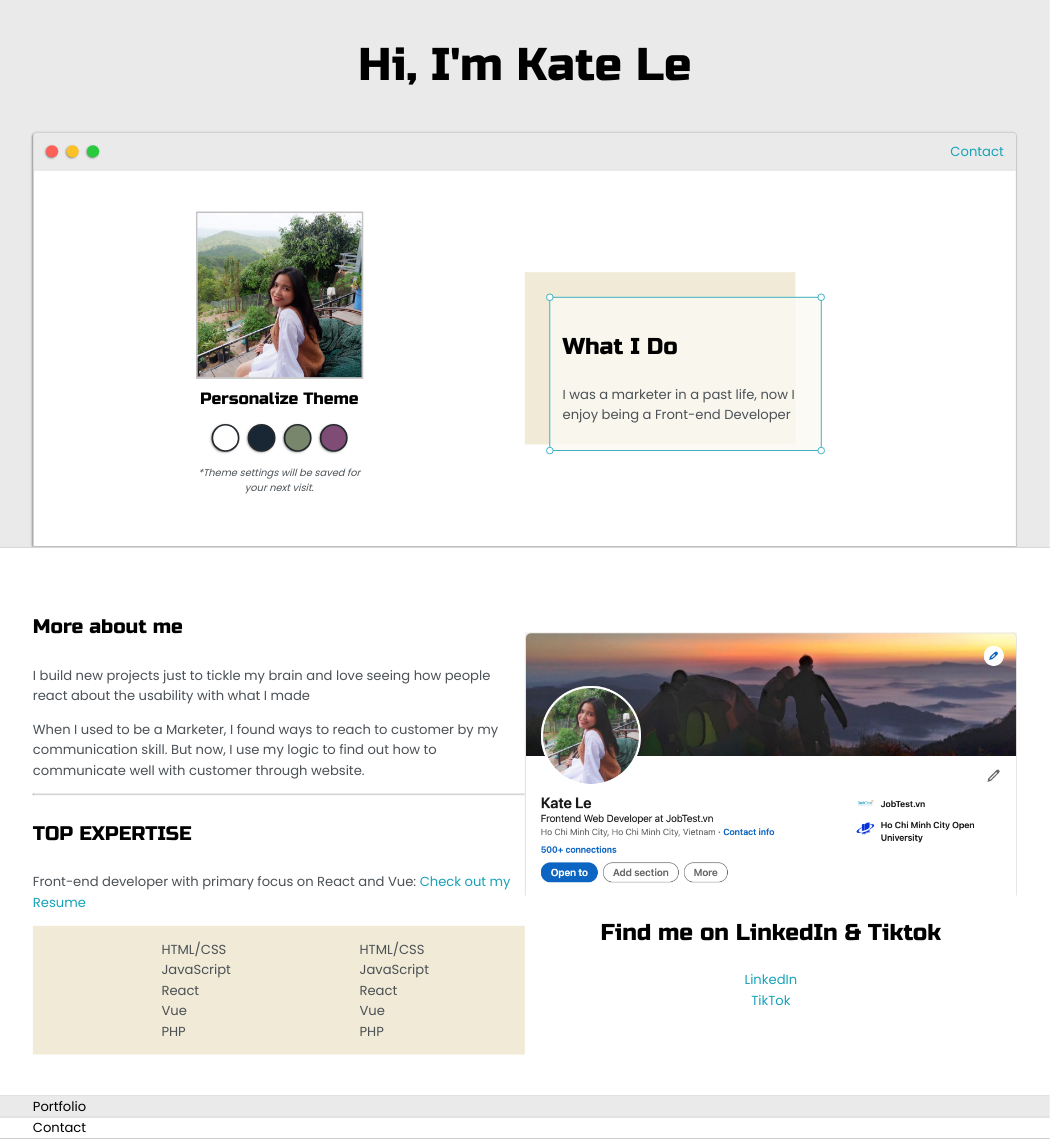
Repository: kate30980/my-persponal-website
Page: index.html
The author's editor kept a copy of each file at every save. The page is drawn from the files as they stood at one save, then again after the next save.
The browser window is 1280 px wide. The pictures show the whole page, at 82% of full size.

Above is the page before, as saved 2021-08-26 22:34:14.

### index.html
<!DOCTYPE html>
<html lang="en">

<head>
    <meta charset="UTF-8">
    <meta http-equiv="X-UA-Compatible" content="IE=edge">
    <meta name="viewport" content="width=device-width, initial-scale=1.0">
    <title>Kate Le</title>
    <link rel="preconnect" href="https://fonts.googleapis.com">
    <link rel="preconnect" href="https://fonts.gstatic.com" crossorigin>
    <link rel="preconnect" href="https://fonts.googleapis.com">
    <link rel="preconnect" href="https://fonts.gstatic.com" crossorigin>
    <link href="https://fonts.googleapis.com/css2?family=Poppins:wght@300;400;600;700&family=Russo+One&display=swap"
        rel="stylesheet">
    <link rel="stylesheet" href="main.css">
</head>

<body>

    <section class="s1">
        <div class="main-container">
            <div class="greeting-wrapper">
                <h1>Hi, I'm Kate Le</h1>
            </div>

            <div class="intro-wrapper">
                <div class="nav-wrapper">
                    <div class="dots-wrapper">
                        <div id="dot-1" class="browser-dot"></div>
                        <div id="dot-2" class="browser-dot"></div>
                        <div id="dot-3" class="browser-dot"></div>
                    </div>
                    <ul id="navigation">
                        <li>
                            <a href="#">Contact</a>
                        </li>
                    </ul>
                </div>
                <div class="left-column">
                    <img id="profile-pic" src="./images/IMG_2624.JPG" alt="img-kate">
                    <h5 style="text-align:center;line-height:0; margin: 25px">Personalize Theme</h5>

                    <div id="theme-options-wrapper">
                        <div id="light-mode" class="theme-dot"></div>
                        <div id="blue-mode" class="theme-dot"></div>
                        <div id="green-mode" class="theme-dot"></div>
                        <div id="purple-mode" class="theme-dot"></div>
                    </div>

                    <p id="settings-note">*Theme settings will be saved for <br> your next visit.</p>
                </div>
                <div class="right-column">

                    <div id="preview-shadow">
                        <div id="preview">
                            <div id="corner-tl" class="corner"></div>
                            <div id="corner-tr" class="corner"></div>
                            <h3>What I Do</h3>
                            <p>I was a marketer in a past life, now I enjoy being a Front-end Developer</p>
                            <div id="corner-br" class="corner"></div>
                            <div id="corner-bl" class="corner"></div>
                        </div>
                    </div>

                </div>
            </div>

        </div>
    </section>

    <section class="s2">
        <div class="main-container">

            <div class="about-wrapper">
                <div class="about-me">
                    <h4>More about me</h4>
                    <p>I build new projects just to tickle my brain and love seeing how people react about the usability
                        with what I made</p>
                    <p>When I used to be a Marketer, I found ways to reach to customer by my communication skill. But
                        now, I use my logic to find out how to communicate well with customer through website.</p>


                    <hr>

                    <h4>TOP EXPERTISE</h4>
                    <p>Front-end developer with primary focus on React and Vue: <a target="_blank"
                            href="CV-HAN-LE-FRONTEND-DEV.pdf">Check
                            out my Resume</a></p>

                    <div id="skills">
                        <ul>
                            <li>HTML/CSS</li>
                            <li>JavaScript</li>
                            <li>React</li>
                            <li>Vue</li>
                            <li>PHP</li>
                        </ul>
                        <ul>
                            <li>HTML/CSS</li>
                            <li>JavaScript</li>
                            <li>React</li>
                            <li>Vue</li>
                            <li>PHP</li>
                        </ul>
                    </div>

                </div>
                <div class="social-links">
                    <img id="social-img" src="./images/linkedIn-2021-08-26 at 22.24.05.png" alt="linkedIn">
                    <h3 style="text-align:center">Find me on LinkedIn & Tiktok</h3>
                    <a target="_blank" href="https://www.linkedin.com/in/kate-le-38099/">LinkedIn</a>
                    <a target="_blank" href="#">TikTok</a>
                </div>
            </div>

        </div>
    </section>

    <section class="s1">
        <div class="main-container">
            Portfolio
        </div>
    </section>

    <section class="s2">
        <div class="main-container">
            Contact
        </div>
    </section>

</body>

</html>

### main.css
:root {
  --mainText: black;
  --secondaryText: #4b5156;

  --mainColor: #eaeaea;
  --secondaryColor: #fff;

  --borderColor: #c1c1c1;
  --themeDotBorder: #24292e;

  --previewBg: rgba(251, 249, 243, 0.8);
  --previewShadow: #f0ead6;
}

html,
body {
  padding: 0;
  margin: 0;
  font-family: "Poppins", sans-serif;
}
h1,
h2,
h3,
h4,
h5,
h6,
strong {
  color: var(--mainText);
  font-family: "Russo One", sans-serif;
  font-weight: 500;
}

p,
li,
span,
label,
input,
textarea,
select {
  color: var(--secondaryText);
  font-family: "Poppins", sans-serif;
}
ul {
  list-style: none;
}

a {
  text-decoration: none;
  color: #17a2b8;
}

h1 {
  font-size: 56px;
}
h2 {
  font-size: 36px;
}
h3 {
  font-size: 28px;
}
h4 {
  font-size: 24px;
}
h5 {
  font-size: 20px;
}
h6 {
  font-size: 16px;
}

.s1 {
  background-color: var(--mainColor);
  border-bottom: 1px solid var(--borderColor);
  overflow: auto;
}
.s2 {
  background-color: var(--secondaryColor);
  border-bottom: 1px solid var(--borderColor);
  overflow: auto;
}
.main-container {
  width: 1200px;
  margin: 0 auto;
}
.greeting-wrapper {
  display: grid;
  text-align: center;
  align-content: center;
  min-height: 10em;
}

.intro-wrapper {
  background-color: var(--secondaryColor);
  border: 1px solid var(--borderColor);
  border-radius: 5px 5px 0 0;

  -webkit-box-shadow: -1px 1px 3px -1px rgba(0, 0, 0, 0.75);
  -moz-box-shadow: -1px 1px 3px -1px rgba(0, 0, 0, 0.75);
  box-shadow: -1px 1px 3px -1px rgba(0, 0, 0, 0.75);

  display: grid;
  grid-template-columns: 1fr 1fr;
  grid-template-areas:
    "nav-wrapper nav-wrapper"
    "left-column right-column";
}

#navigation {
  margin: 0;
  padding: 10px;
}
#navigation li {
  display: inline-block;
  margin-right: 5px;
  margin-left: 5px;
}

.dots-wrapper {
  display: flex;
  padding: 10px;
}

#dot-1 {
  background-color: #fc6058;
}
#dot-2 {
  background-color: #fec027;
}
#dot-3 {
  background-color: #2aca3e;
}

.browser-dot {
  background-color: black;
  height: 15px;
  width: 15px;
  border-radius: 50%;
  margin: 5px;

  -webkit-box-shadow: -1px 1px 3px -1px rgba(0, 0, 0, 0.75);
  -moz-box-shadow: -1px 1px 3px -1px rgba(0, 0, 0, 0.75);
  box-shadow: -1px 1px 3px -1px rgba(0, 0, 0, 0.75);
}

.nav-wrapper {
  grid-area: nav-wrapper;
  border-bottom: 1px solid var(--borderColor);
  display: flex;
  justify-content: space-between;
  align-items: center;
  background-color: var(--mainColor);
  border-radius: 5px 5px 0 0;
}
.left-column {
  grid-area: left-column;
  padding-top: 50px;
  padding-bottom: 50px;
}
#profile-pic {
  display: block;
  margin: auto;
  height: 200px;
  width: 200px;
  object-fit: cover;
  border: 2px solid var(--borderColor);
}

#theme-options-wrapper {
  display: flex;
  justify-content: center;
}

.theme-dot {
  height: 30px;
  width: 30px;
  border-radius: 50%;
  background-color: black;

  margin: 5px;
  border: 2px solid var(--themeDotBorder);

  -webkit-box-shadow: -1px 1px 3px -1px rgba(0, 0, 0, 0.75);
  -moz-box-shadow: -1px 1px 3px -1px rgba(0, 0, 0, 0.75);
  box-shadow: -1px 1px 3px -1px rgba(0, 0, 0, 0.75);
  cursor: pointer;
}

.theme-dot:hover {
  border-width: 5px;
}
#light-mode {
  background-color: #fff;
}
#blue-mode {
  background-color: #192734;
}
#green-mode {
  background-color: #78866b;
}
#purple-mode {
  background-color: #7e4c74;
}
#settings-note {
  font-size: 12px;
  font-style: italic;
  text-align: center;
}

.right-column {
  grid-area: right-column;
  display: grid;
  align-content: center;

  padding-top: 50px;
  padding-bottom: 50px;
}

#preview-shadow {
  background-color: var(--previewShadow);
  width: 300px;
  height: 180px;
  padding-left: 30px;
  padding-top: 30px;
}

#preview {
  width: 300px;
  border: 1.5px solid #17a2b8;
  background-color: var(--previewBg);
  padding: 15px;
  position: relative;
}
.corner {
  width: 7px;
  border: 1.5px solid #17a2b8;
  height: 7px;
  border-radius: 50%;
  background-color: #fff;
  position: absolute;
}
#corner-tl {
  top: -5px;
  left: -5px;
}
#corner-tr {
  top: -5px;
  right: -5px;
}
#corner-br {
  bottom: -5px;
  right: -5px;
}
#corner-bl {
  bottom: -5px;
  left: -5px;
}

.about-wrapper {
  display: grid;
  padding-bottom: 50px;
  padding-top: 50px;
  grid-template-columns: repeat(auto-fit, minmax(320px, 1fr));
  /*Repeat this action right here which tells us auto fit as many colums as we can into this row, however many colums will fil in there  and add them in there and repeat it this way with min max say that the column should never be smaller than 320px, so once we get to the point where it starts crushing it, go ahead and start naturally stacking those item*/
}

#skills {
  display: flex;
  justify-content: space-evenly;
  background-color: var(--previewShadow);
}
.social-links {
  display: grid;
  align-content: center;
  text-align: center;
}
#social-img {
  width: 100%;
}

@media screen and (max-width: 1200px) {
  .main-container {
    width: 95%;
  }
}
@media screen and (max-width: 800px) {
  .intro-wrapper {
    grid-template-columns: 1fr;
    grid-template-areas:
      "nav-wrapper"
      "left-column"
      "right-column";
  }
  .right-column {
    justify-content: center;
  }
}

After the next save:
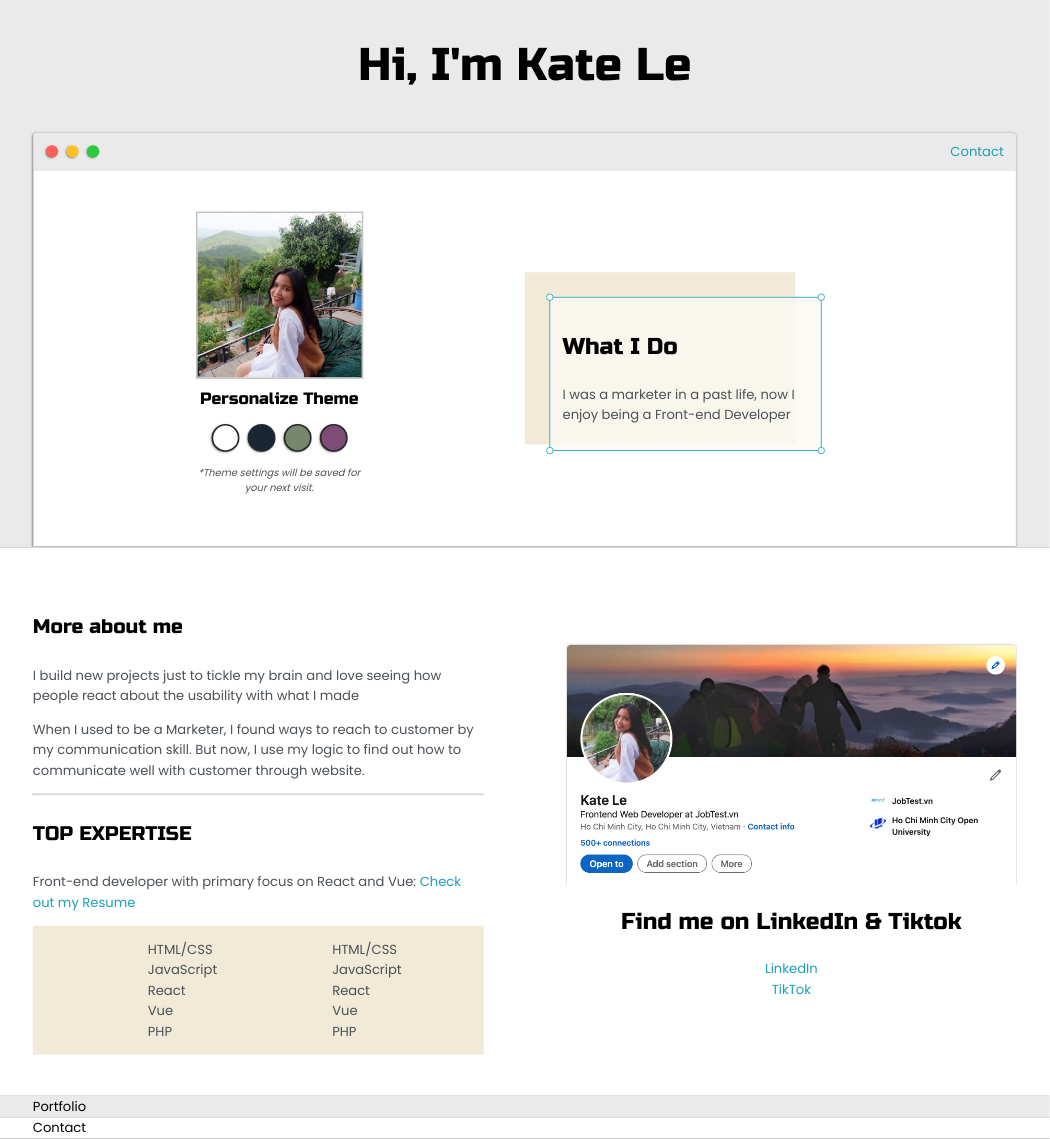
Saved 54 s later.
--- a/main.css
+++ b/main.css
@@ -261,6 +261,7 @@
   padding-top: 50px;
   grid-template-columns: repeat(auto-fit, minmax(320px, 1fr));
   /*Repeat this action right here which tells us auto fit as many colums as we can into this row, however many colums will fil in there  and add them in there and repeat it this way with min max say that the column should never be smaller than 320px, so once we get to the point where it starts crushing it, go ahead and start naturally stacking those item*/
+  gap: 100px;
 }
 
 #skills {
